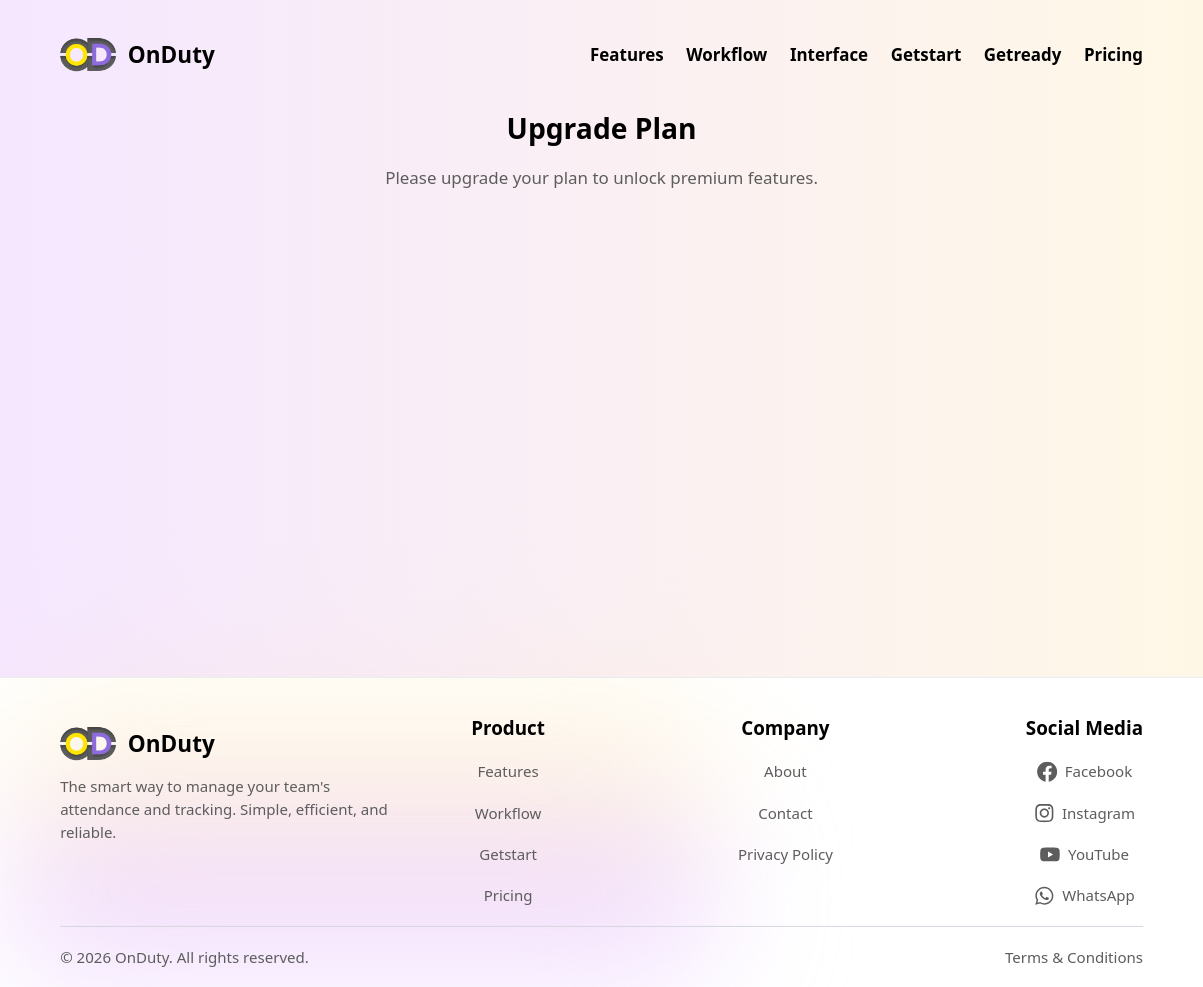
Repository: shekharzorin/ONDUTY-V1
Page: /pricing
These files come from the project's save history. The page is drawn as it stood at one moment and after the next save; the edit follows.
The browser window is 1280 px wide. The pictures show the whole page, at 94% of full size.
The page's requests for data from a server got no answer. The project was rebuilt for these pictures with package versions that can differ from the ones it lists, and the page was loaded fresh each time. The framework's server and built-in components were replaced by stand-ins that run in the browser. No one was signed in, and anything a server would have sent is missing. Also part of the build but not shown: next.config.mjs, vite.config.js, app/components/ui/Crossicon.tsx, app/components/ui/Button.tsx.

Above is the page before, as saved 2026-01-17 23:31:37.

After the next save:
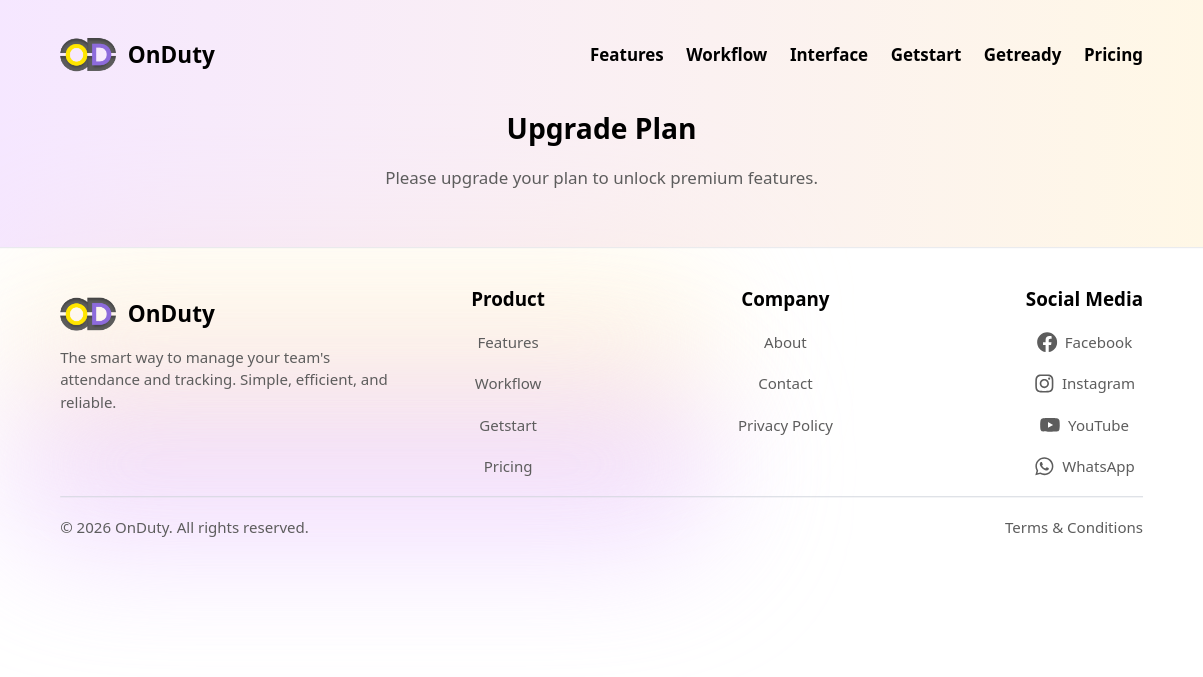
Saved 24 min 39 s later.
--- a/app/components/sections/pricing.tsx
+++ b/app/components/sections/pricing.tsx
@@ -88,7 +88,7 @@ const Pricing = () => {
   /* -------------------- RENDER -------------------- */
 
   return (
-    <section className="flex flex-col w-full px-4 sm:px-6 md:px-8 lg:px-12 xl:px-16 2xl:px-24 max-w-384 mx-auto bg-linear-to-r from-[#eccfff]/50 to-[#fff0cd]/50 min-h-screen">
+    <section className="flex flex-col w-full px-4 sm:px-6 md:px-8 lg:px-12 xl:px-16 2xl:px-24 max-w-384 mx-auto bg-linear-to-r from-[#eccfff]/50 to-[#fff0cd]/50">
       {/* Header */}
       <div className="flex flex-col gap-10 mb-15">
         <div className="flex flex-col items-center justify-center mt-30 text-center gap-5">
